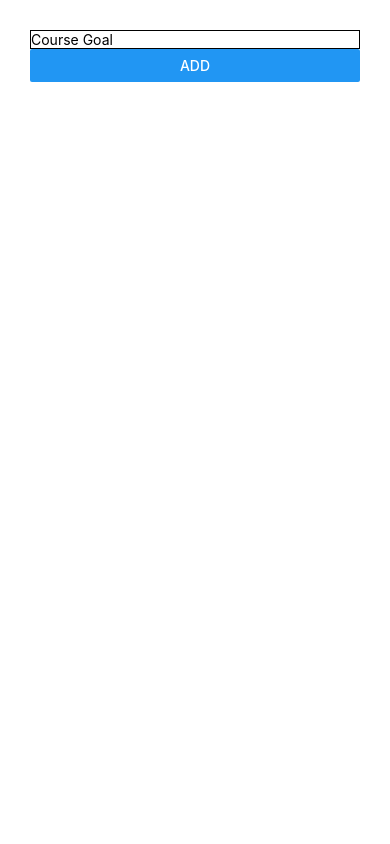
Repository: oguzhan18m/react-native-todo
Screen: /
The author's editor kept a copy of each file at every save. The screen is drawn from the files as they stood at one save, then again after the next save.
The app was drawn by React Native's web renderer in a window 390 px wide. The project was rebuilt for these pictures with package versions that can differ from the ones it lists, and the page was loaded fresh each time.

Above is the screen before, as saved 2021-03-02 01:01:35.

### App.js
import { StatusBar } from 'expo-status-bar';
import React from 'react';
import { StyleSheet, Text, View, TextInput, Button } from 'react-native';

export default function App() {
  return (
    <View style={{padding: 30}}>
      <View>
        <TextInput placeholder='Course Goal' style={{borderColor:'black' , borderWidth:1}} />
        <Button title='ADD' />
      </View>
      <View></View>

    </View>
  );
}

const styles = StyleSheet.create({

});

After the next save:
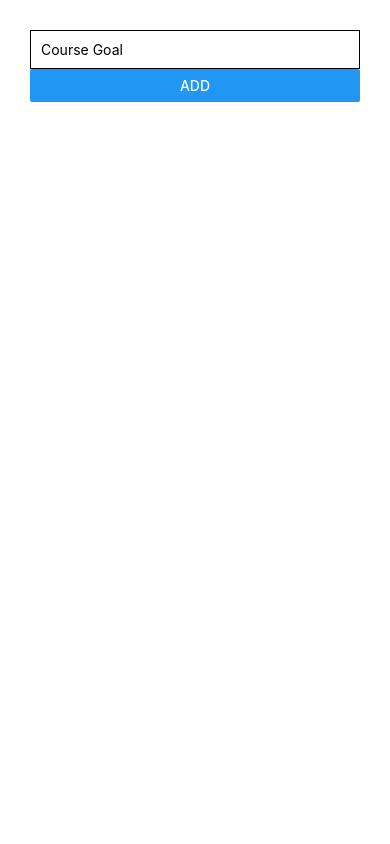
Saved 65 s later.
--- a/App.js
+++ b/App.js
@@ -6,7 +6,7 @@ export default function App() {
   return (
     <View style={{padding: 30}}>
       <View>
-        <TextInput placeholder='Course Goal' style={{borderColor:'black' , borderWidth:1}} />
+        <TextInput placeholder='Course Goal' style={{borderColor:'black' , borderWidth:1 , padding:10}} />
         <Button title='ADD' />
       </View>
       <View></View>
